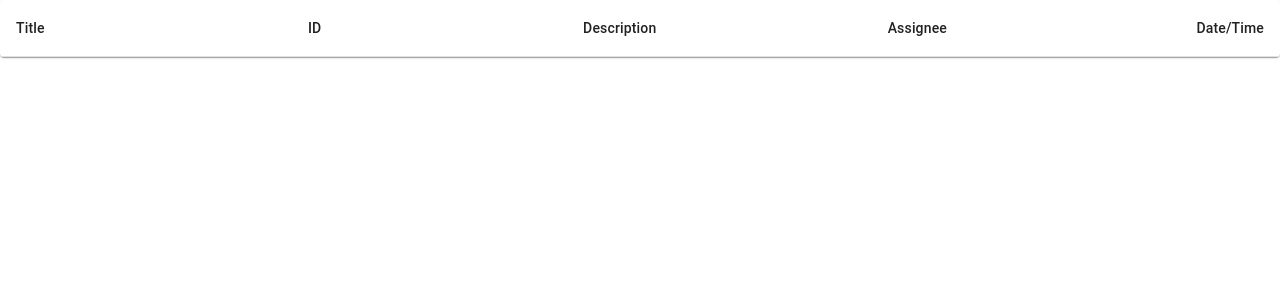
Repository: nj10deadend/RESTAPI-node-with-mongoDB
Page: /bug-table (app in client/frontend/)
The author's editor kept a copy of each file at every save. The page is drawn from the files as they stood at one save, then again after the next save.
The browser window is 1280 px wide. The pictures show the whole page.
The page's requests for data from a server got no answer. The project was rebuilt for these pictures with package versions that can differ from the ones it lists, and the page was loaded fresh each time. No one was signed in, and anything a server would have sent is missing. Also part of the build but not shown: client/frontend/src/components/BugTableCell.js, client/frontend/src/components/Signup.js.

Above is the page before, as saved 2021-12-31 16:22:22.

After the next save:
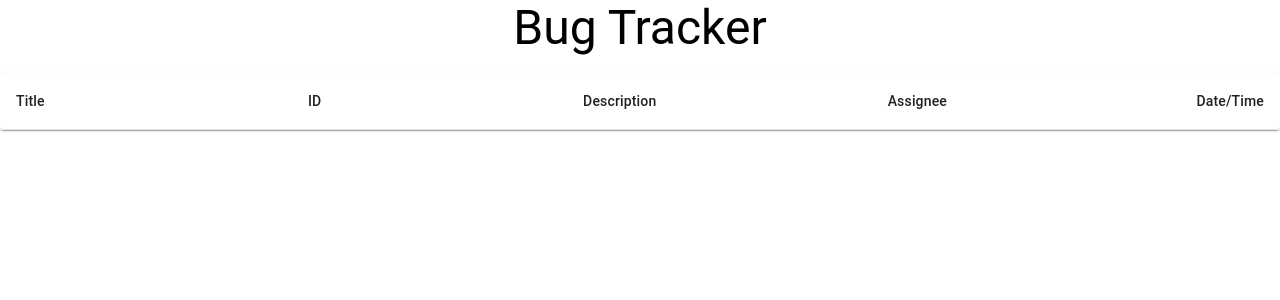
Saved 4 min 20 s later.
--- a/client/frontend/src/components/BugTable.js
+++ b/client/frontend/src/components/BugTable.js
@@ -20,6 +20,7 @@ function BugTable ({userFormData}) {
     const [user, setUser] = useState({});
     console.log(user);
     const [bugServer, setBugServer] = useState([]);
+    const [clicked, setClicked] = useState(false);
 
 
 
@@ -51,11 +52,15 @@ function BugTable ({userFormData}) {
 
     })
 
+    const newBugBttnTxt = clicked ? "Hide Submission Form" : "Click to add a new bug"
+
 
 
     return (
         <div>
             {/* <p>Logged in as {user.name}</p> */}
+
+            <Typography variant="h3" component="div" gutterBottom>Bug Tracker</Typography>
 
             <TableContainer component={Paper}>
                 <Table sx={{ minWidth: 650 }} aria-label="simple table">
